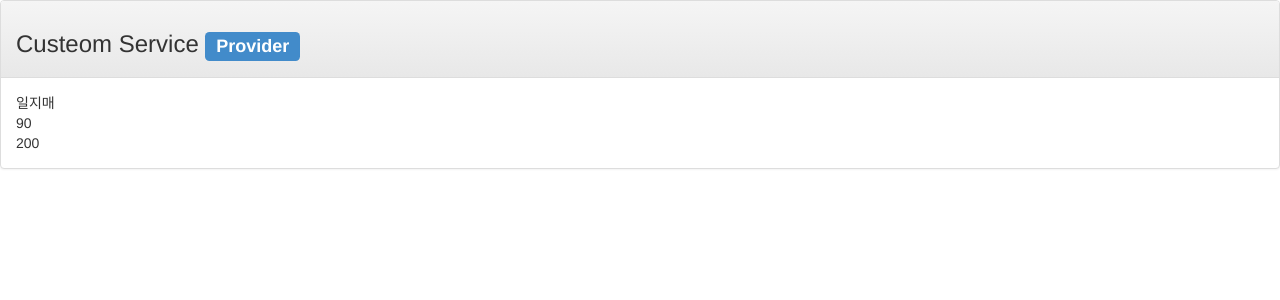
Repository: chisun-joung/workplace
Page: angularJS/WebContent/Chap18_Service/S09_Provider.html
The author's editor kept a copy of each file at every save. The page is drawn from the files as they stood at one save, then again after the next save.
The browser window is 1280 px wide. The pictures show the whole page.
Some web libraries are served in a nearby version.

Above is the page before, as saved 2016-11-30 02:07:48.

After the next save:
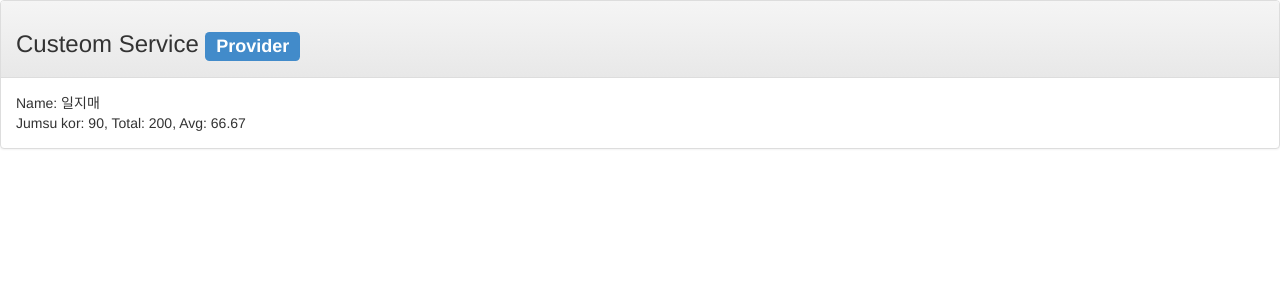
Saved 96 s later.
--- a/angularJS/WebContent/Chap18_Service/S09_Provider.html
+++ b/angularJS/WebContent/Chap18_Service/S09_Provider.html
@@ -7,12 +7,23 @@
 	<link href="bootstrap.css" rel="stylesheet" />
 	<link href="bootstrap-theme.css" rel="stylesheet" />
 	<script type="text/javascript">
-		var demo = angular.module('demo',[]);
+		var demo = angular.module('demo', []);
+		// 1. 이름 마지막에 provider를 붙이지 않는 것이 좋다.(붙여도 상관없음)
+		// 		config에서 직접 참조 가능. 이때 프로바이더의 이름에 반드시
+		//		nameProvider와 같이 "Provider"를 붙여 참조해야 한다
+		// 2. 사용하는 모듈의 config에서 직접 참조 가능. 참조 가능 영역이 정해져 있다.
+		// 3. 작성 영역에 $get을 반드시 기술해야 한다
+		//		이 $get 영역은 factory 내부와 동일한 형태로 기술한다.
+
 		demo.provider('dp', [function(){
+			// 이 프로바이더에서 공통적으로 사용할 변수 선언 및 초기화
 			var name = 'Hong';
 			var jumsu = [10,20,30,0,0];
 
+			// 실질 실행 영역.
 			return {
+				// config에서 접근 할 수 있는 영역.
+				// $get을 정의해야 한다. 이 $get 영역 내부는 config에서 참조 불가
 				setName: function(userName){
 					name = userName;
 				},
@@ -24,6 +35,12 @@
 				},
 
 				$get: ['$filter', function($filter){
+					// 에러 유도를 위해 기술한 함수
+					var setMath = function(math){
+						jumsu[2] = math;
+					}
+
+					// factory와 같이 기술할 영역. 실질 기능 기술 영역
 					var getKor = function(){
 						return jumsu[0];
 					}
@@ -32,30 +49,37 @@
 						return jumsu[3];
 					}
 					var getAvg = function(){
-						jumsu[4] = jumsu[3] /3 ;
-						return jumsu[4];
+						jumsu[4] = jumsu[3] / 3;
+						return $filter('number')(jumsu[4], 2);
 					}
+
+					// 위에서 선언한 변수, 함수 중 공개할 것만 정의.
 					return {
+						// 앞의 키값이 공개할 이름, value 값이 정의한 변수 또는 함수
 						name : name,
-						getKor : getKor,
-						getAvg : getAvg,
-						getTotal : getTotal
+						kor : getKor,
+						total : getTotal,
+						avg: getAvg
 					}
 				}]
 			}
-		}])
+		}]);
 
 		var app = angular.module('app', ['demo']);
 		app.config(['dpProvider', function(dpProvider){
 			dpProvider.setName('일지매');
 			dpProvider.setKor(90);
 			dpProvider.setEng(80);
-		}])
-		app.controller('mainCtrl', ['$scope','dp', function ($scope, dp) {
+			//dpProvider.setMath(50);
+		}]);
+
+		// 이름 그대로 호출해서 사용.
+		app.controller('mainCtrl', ['$scope','dp',
+		                            function ($scope,dp) {
 			$scope.name = dp.name;
-			$scope.kor = dp.getKor();
-			$scope.total = dp.getTotal();
-			$scope.avg = dp.getAvg();
+			$scope.kor = dp.kor();
+			$scope.total = dp.total();
+			$scope.avg = dp.avg();
 		}])
 	</script>
 </head>
@@ -71,9 +95,9 @@
 
 
 		<div class="panel-body" ng-controller="mainCtrl">
-			<div>{{name}}</div>
-			<div>{{kor}}</div>
-			<div>{{total}}</div>
+			<div>Name: {{name}}</div>
+			<div>Jumsu kor: {{kor}}, Total: {{total}}, Avg: {{avg}}</div>
+			<div></div>
 		</div>
 	</div>
 
